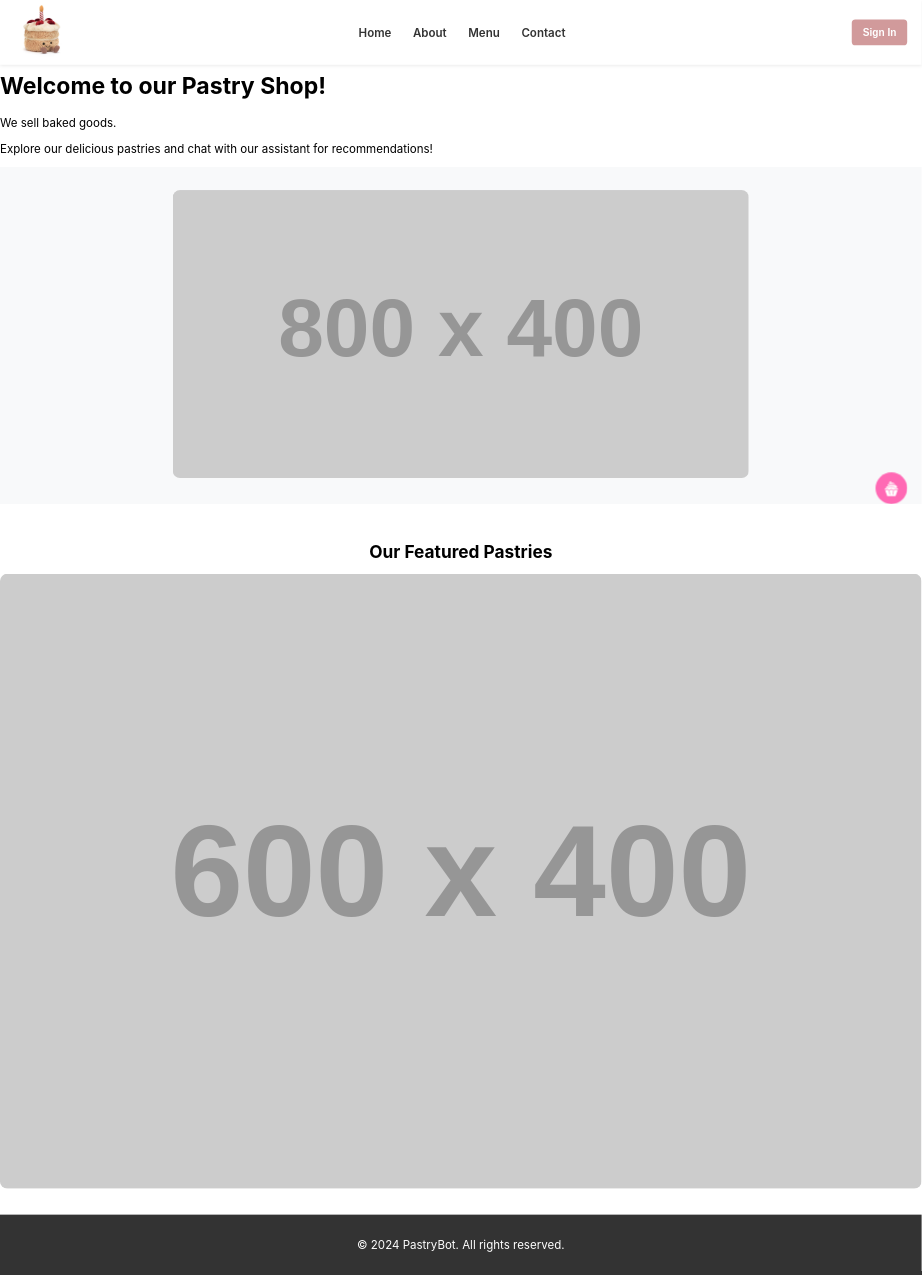
Repository: agrnerd17/Website-Chatbot
Page: / (app in pastry-chatbot/)
An editor plug-in stored every save of this project. The page is shown before and after a run of saves, followed by the edit.
The browser window is 1280 px wide. The pictures show the whole page, at 72% of full size.
The project was rebuilt for these pictures with package versions that can differ from the ones it lists, and the page was loaded fresh each time. Also part of the build but not shown: pastry-chatbot/src/components/Chatbot.js.

Above is the page before, as saved 2024-12-09 14:30:05.

After the next 2 saves:
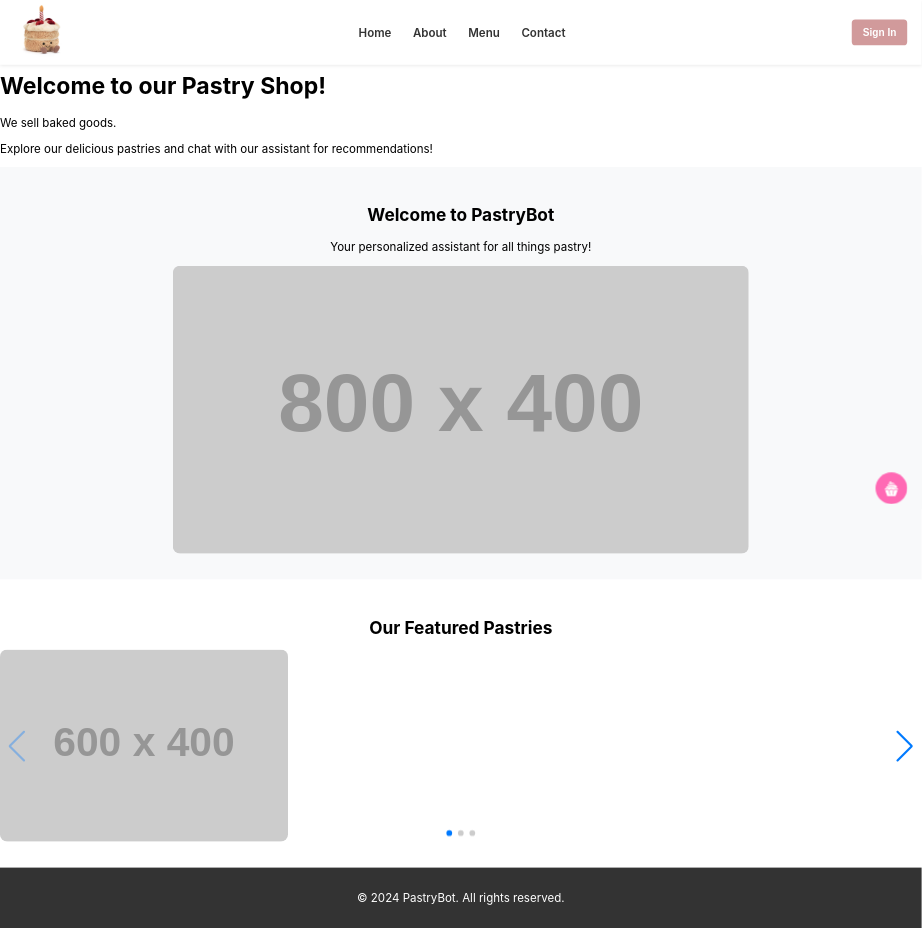
The 2 saves are shown as one change because 1 did not build or start.
The last was saved 4 min 33 s later.
--- a/pastry-chatbot/src/components/Homepage.js
+++ b/pastry-chatbot/src/components/Homepage.js
@@ -1,16 +1,20 @@
-// src/components/Homepage.js
-
 import React from 'react';
 import { Swiper, SwiperSlide } from 'swiper/react';
-import 'swiper/swiper-bundle.css';
+import { Navigation, Pagination } from 'swiper/modules';
+import 'swiper/css';
+import 'swiper/css/navigation';
+import 'swiper/css/pagination';
+
 
 const Homepage = () => {
   return (
     <div>
       {/* Hero Section */}
       <section style={{ textAlign: 'center', padding: '2rem 0', backgroundColor: '#f8f9fa' }}>
+        <h1>Welcome to PastryBot</h1>
+        <p>Your personalized assistant for all things pastry!</p>
         <img
-          src="https://via.placeholder.com/800x400" // Replace with your hero image URL
+          src="https://via.placeholder.com/800x400"
           alt="Delicious Pastries"
           style={{ width: '100%', maxWidth: '800px', borderRadius: '10px' }}
         />
@@ -19,26 +23,32 @@ const Homepage = () => {
       {/* Swiper Carousel Section */}
       <section style={{ padding: '2rem 0', backgroundColor: '#fff' }}>
         <h2 style={{ textAlign: 'center', marginBottom: '1rem' }}>Our Featured Pastries</h2>
-        <Swiper spaceBetween={50} slidesPerView={1}>
+        <Swiper
+          spaceBetween={30}
+          slidesPerView={1}
+          pagination={{ clickable: true }}
+          navigation
+          modules={[Pagination, Navigation]} // Use modules
+        >
           <SwiperSlide>
             <img
-              src="https://via.placeholder.com/600x400" // Replace with actual pastry image
+              src="https://via.placeholder.com/600x400"
               alt="Pastry 1"
-              style={{ width: '100%', borderRadius: '10px' }}
+              style={{ width: '100%', maxWidth: '400px', height: 'auto', margin: '0 auto', borderRadius: '10px' }}
             />
           </SwiperSlide>
           <SwiperSlide>
             <img
               src="https://via.placeholder.com/600x400"
               alt="Pastry 2"
-              style={{ width: '100%', borderRadius: '10px' }}
+              style={{ width: '100%', maxWidth: '400px', height: 'auto', margin: '0 auto', borderRadius: '10px' }}
             />
           </SwiperSlide>
           <SwiperSlide>
             <img
               src="https://via.placeholder.com/600x400"
               alt="Pastry 3"
-              style={{ width: '100%', borderRadius: '10px' }}
+              style={{ width: '100%', maxWidth: '400px', height: 'auto', margin: '0 auto', borderRadius: '10px' }}
             />
           </SwiperSlide>
         </Swiper>
